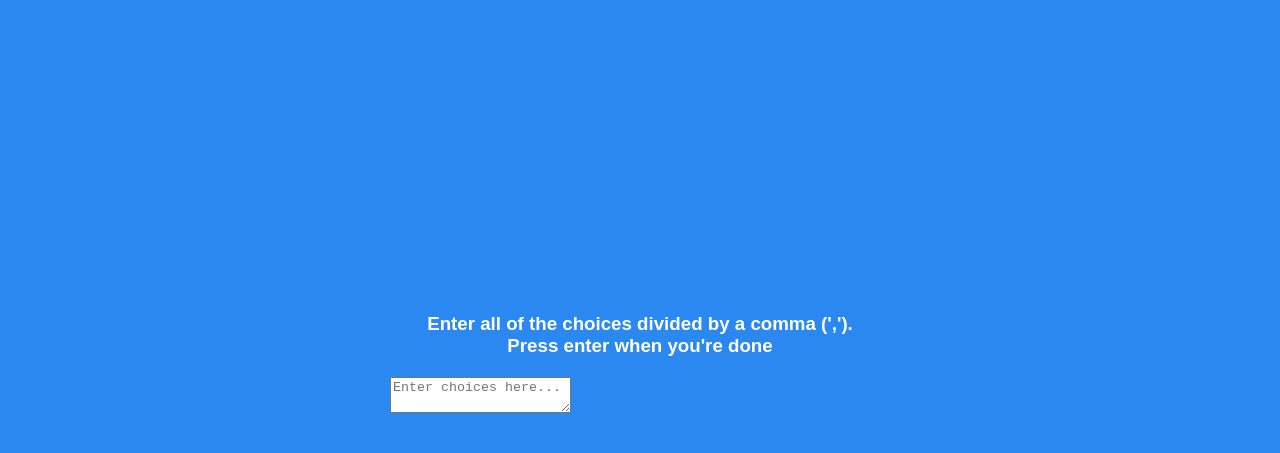
Repository: Williamlmachado/Random-Choice
Page: index.html
These files come from the project's save history. The page is drawn as it stood at one moment and after the next save; the edit follows.
The browser window is 1280 px wide. The pictures show the whole page.
Some web fonts or font styles are not loaded; a fallback is used.

Above is the page before, as saved 2021-08-23 12:42:00.
Console error: ReferenceError: cons is not defined

After the next save:
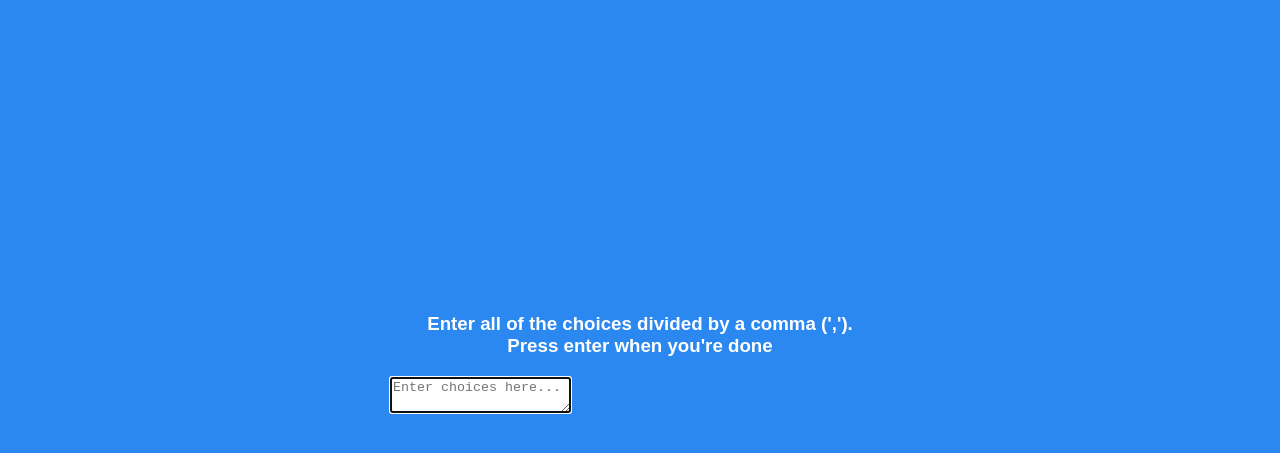
The error is gone.
Saved 35 s later.
--- a/script.js
+++ b/script.js
@@ -1,2 +1,6 @@
 const tagsEl = document.getElementById('tags')
-cons
+const textarea =document.getElementById('textarea')
+
+textarea.focus()
+
+textarea.addEventListener()
